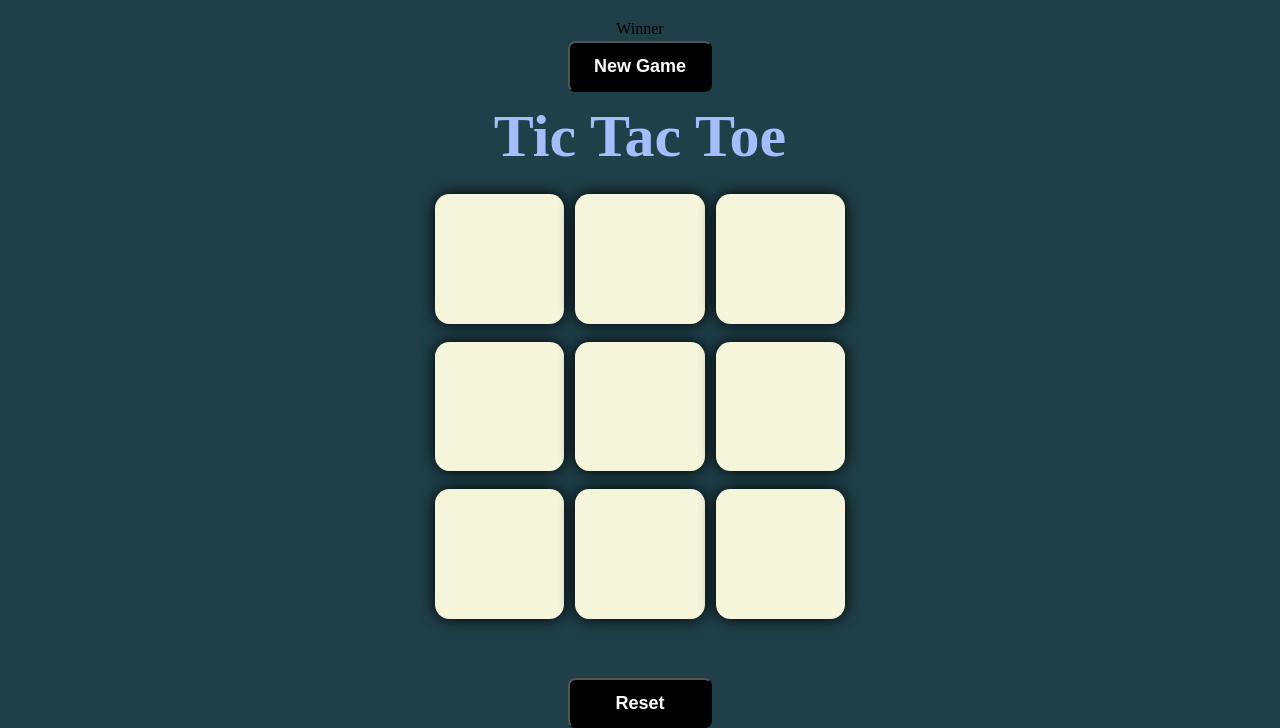
Repository: AreezAnsari/Tic-Tac-Toe
Page: Game/Game.html
These files come from the project's save history. The page is drawn as it stood at one moment and after the next save; the edit follows.
The browser window is 1280 px wide. The pictures show the whole page.

Above is the page before, as saved 2025-06-01 15:30:51.
Console error: TypeError: box.addEventListener is not a function

### Game/Game.html
<!DOCTYPE html>
<html lang="en">
<head>
    <meta charset="UTF-8">
    <meta name="viewport" content="width=device-width, initial-scale=1.0">
    <title>Document</title>
    <link rel="stylesheet" href="Game.css">
</head>
<body>
    <div class="msg-container">
        <p class="msg">Winner</p>
        <button class="new-btn">New Game</button>
    </div>
    <main>
        <h1>Tic Tac Toe</h1>
    <div class="container">
        <div class="game">
        <button class="box"></button>
        <button class="box"></button>
        <button class="box"></button>
        <button class="box"></button>
        <button class="box"></button>
        <button class="box"></button>
        <button class="box"></button>
        <button class="box"></button>
        <button class="box"></button>
        </div>
        </div>
        <button class="reset-btn">Reset</button>
    </main>
    <script src="Game.js"></script>
</body>
</html>

### Game/Game.css
*{
    margin: 0;
    padding: 0;
}

body{
    text-align: center;
    background-color: #1F3F49;
}
h1{
    color: #A4BDFC;
    margin-top: 10px;
    padding-bottom: 20px;
    font-size: 60px;
}
.container{
    text-align: center;
    height: 70vh;
    display: flex;
    justify-content: center;
}
.game
{
    height: 60vmin;
    width: 60vmin;
    gap: 1.5vmin;
    display: flex;
    flex-wrap: wrap;
    align-items: center;
    justify-content: center;
}
.box{
    color: black;
    background-color: beige;
    height: 18vmin;
    width: 18vmin;
    font-weight: bolder;
    font-size: xxx-large;
    border: none;
    border-radius: 2vmin;
    box-shadow: 0 0 1rem rgb(0, 0, 1);
}
.box:hover {
  color: #ff0000;
  transform: translateY(-2px);
}
.box:active {
transform: scale(0.98);
}
.reset-btn{
    margin-top: -10vmin;
    align-items: center;
    padding: 1vmin;
    font-size: 2.5vmin;
    font-weight: bold;
    background-color: black;
    color: white;
    border-radius: 1vmin;
    width: 20vmin;
    height: 7vmin;
}
.reset-btn:hover {
  color: red;
  transform: translateY(-2px);
}
.reset-btn:active {
transform: scale(0.98);
}

.new-btn{
    margin-top: -10vmin;
    align-items: center;
    padding: 1vmin;
    font-size: 2.5vmin;
    font-weight: bold;
    background-color: black;
    color: white;
    border-radius: 1vmin;
    width: 20vmin;
    height: 7vmin;
}
.new-btn:hover {
  color: red;
  transform: translateY(-2px);
}
.new-btn:active {
transform: scale(0.98);
}

.msg{
    padding: 20px;
}

### Game/Game.js
let box = document.querySelectorAll(".box");
let button = document.querySelector("button");
let container = document.querySelector(".container");

let value = "X";

const btn = () => {
  if (value === "X") {
    button.innerHTML = "Y";
    Value = "Y";
  } else {
    button.innerText = "X";
    Value = "X";
  }
};

box.addEventListener("click", btn);

After the next save:
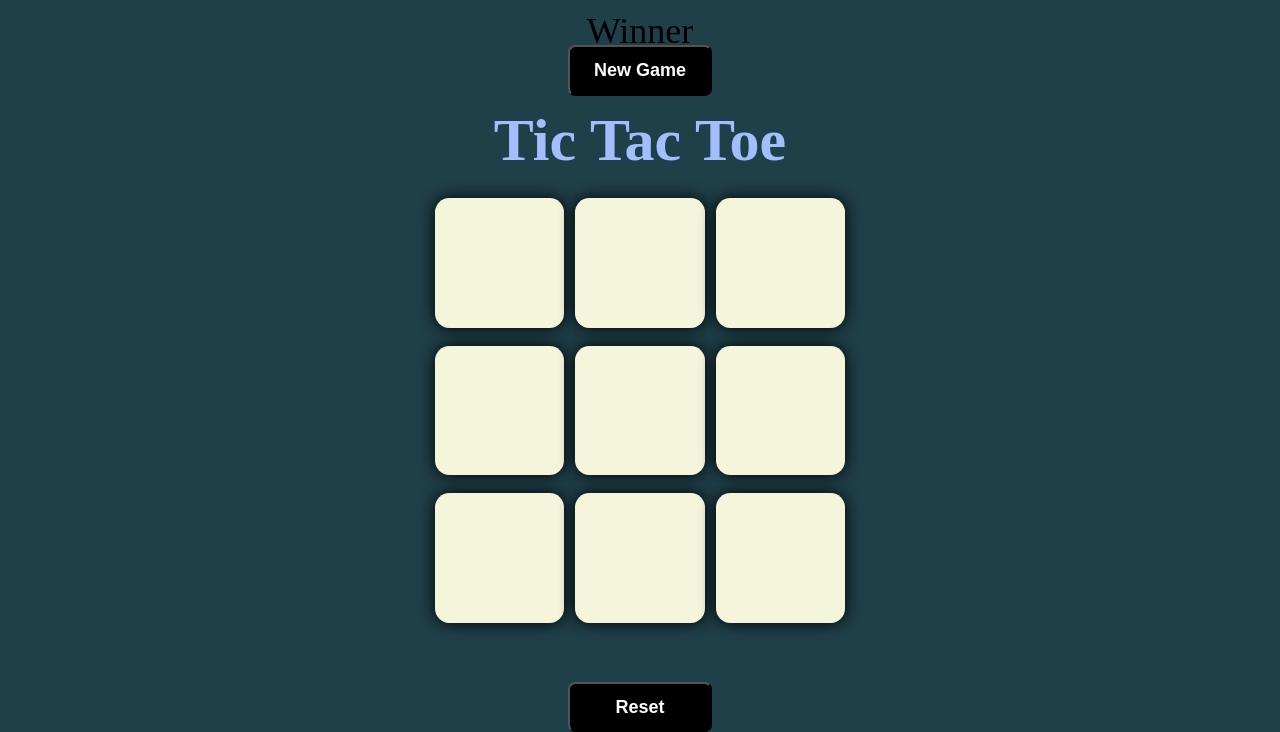
Saved 39 s later.
--- a/Game/Game.css
+++ b/Game/Game.css
@@ -88,5 +88,6 @@
 }
 
 .msg{
-    padding: 20px;
+    padding: 10px;
+    font-size: 5vmin;
 }
